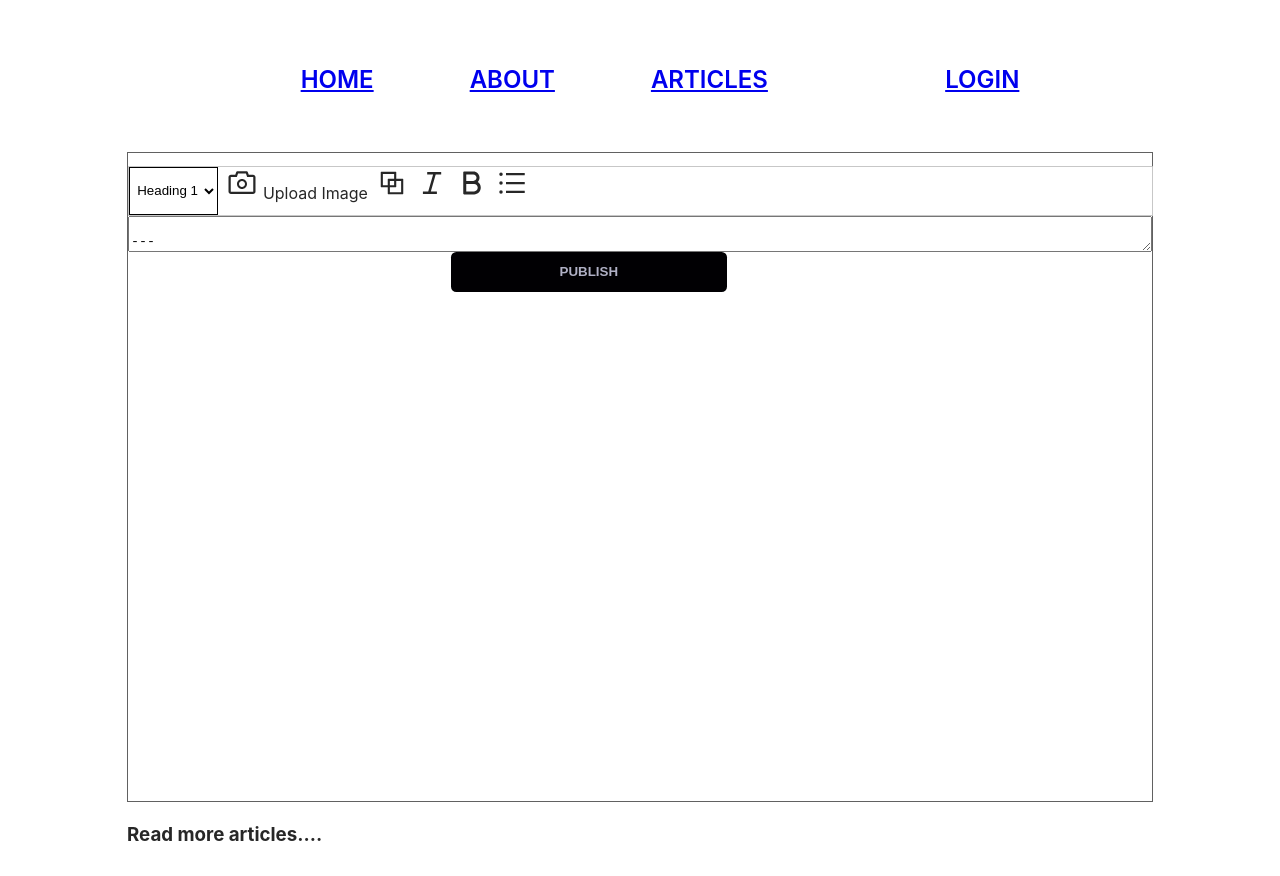
Repository: ValGrace/-static-site
Page: /articles (app in client/)
An editor plug-in stored every save of this project. The page is shown before and after the next save, followed by the edit.
The browser window is 1280 px wide. The pictures show the whole page.
The page's requests for data from a server got no answer. The project was rebuilt for these pictures with package versions that can differ from the ones it lists, and the page was loaded fresh each time. No one was signed in, and anything a server would have sent is missing. Also part of the build but not shown: client/vite.config.js, client/src/Components/Login.jsx, client/src/Components/Signup.jsx, client/src/Components/HomeSection.jsx, client/src/Components/TopSection.jsx, client/src/MdFiles/MdFileContext.js, client/src/Pages/HomePage.jsx, client/src/Pages/aboutPage.jsx.

Above is the page before, as saved 2023-06-29 15:15:26.

### client/index.html
<!DOCTYPE html>
<html lang="en">
  <head>
    <meta charset="UTF-8" />
    <link rel="icon" type="image/svg+xml" href="/vite.svg" />
    <meta name="viewport" content="width=device-width, initial-scale=1.0" />
    <title>Static Site Generator</title>

  </head>
  <body>
    <div id="root"></div>
    <script type="module" src="/src/main.jsx"></script>
  </body>
</html>

### client/src/main.jsx
import React from 'react'
import ReactDOM from 'react-dom/client'
import App from './App'
import './index.css'
import { BrowserRouter } from 'react-router-dom'
ReactDOM.createRoot(document.getElementById('root')).render(
  <React.StrictMode>
    <BrowserRouter>
    <App />
    </BrowserRouter>
  </React.StrictMode>,
)

### client/src/App.jsx
import PageRouter from './Routing/PageRouter'
import './App.css'


function App() {

  return (
    <div className="App">
      <PageRouter />
    </div>
  )
}

export default App

### client/src/index.css
:root {
  font-family: Inter, system-ui, Avenir, Helvetica, Arial, sans-serif;
  line-height: 1.5;
  font-weight: 400;

  color-scheme: light dark;
  color: rgba(7, 7, 7, 0.87);
  background-color: #ffffff;

  font-synthesis: none;
  text-rendering: optimizeLegibility;
  -webkit-font-smoothing: antialiased;
  -moz-osx-font-smoothing: grayscale;
  -webkit-text-size-adjust: 100%;
}

/* a {
  font-weight: 500;
  color: #646cff;
  text-decoration: inherit;
}
a:hover {
  color: #535bf2;
}

body {
  margin: 0;
  display: flex;
  place-items: center;
  min-width: 320px;
  min-height: 100vh;
}

h1 {
  font-size: 3.2em;
  line-height: 1.1;
}

button {
  border-radius: 8px;
  border: 1px solid transparent;
  padding: 0.6em 1.2em;
  font-size: 1em;
  font-weight: 500;
  font-family: inherit;
  background-color: #1a1a1a;
  cursor: pointer;
  transition: border-color 0.25s;
}
button:hover {
  border-color: #646cff;
}
button:focus,
button:focus-visible {
  outline: 4px auto -webkit-focus-ring-color;
}

@media (prefers-color-scheme: light) {
  :root {
    color: #213547;
    background-color: #ffffff;
  }
  a:hover {
    color: #747bff;
  }
  button {
    background-color: #f9f9f9;
  }
} */

### client/src/Routing/PageRouter.jsx
import Dashboard from "../Pages/Dashboard";
import HomePage from "../Pages/HomePage";
import { Routes, Route} from "react-router-dom"
import AboutPage from "../Pages/aboutPage";
import Articles from "../Pages/Articles";
const PageRouter = () => {
    return (
        <Routes>
            <Route exact path="/" element={ <HomePage />}/>
            <Route path="/login" element={ <Dashboard />}/>
            <Route path="/about" element={<AboutPage />} />
            <Route path="/articles" element={<Articles />} />

        </Routes>
    )
}

export default PageRouter

### client/src/App.css
.App {
  display: flex;
  flex-direction: column;
  justify-content: center;
  align-items: center;
}

### client/src/Pages/Dashboard.jsx
import React, { useReducer, useState} from 'react'
import Login from '../Components/Login'
import Signup from '../Components/Signup'
import "../Components/Inputs.css"
import { Link, useNavigate } from 'react-router-dom'
// import { useAuth } from '../Context/UserContext'
import { account } from '../Utils/appwrite'
const initialState = {page : <Login />}
function reducer(state, action) {
    switch(action.type) {
        case 'loginpage':
          return { page: <Login />}
        case 'signuppage':
            return { page: <Signup />}
        default:
            return { page: <h2>Loading....</h2>}
    }
}
const Dashboard = () => {
    const [state, dispatch] = useReducer(reducer, initialState)

    const [ error, setError] = useState('')
    const navigate = useNavigate()
    const ghostLogin = async() => {
        try {
            setError('')
            await account.createAnonymousSession();
            navigate("/")
        }
        catch {
             setError("Failed to Create anonymous account")
        }
    }
    return (
        <div className='dashboard'>
         <h2>Static Site Generator</h2>
         <div>Static site Image</div>
      <div className='dash' id='dash'>
            <div className='toggleForms'>
                <button onClick={() => dispatch({type: 'loginpage'})} className="type-btn">Login</button>
                <button onClick={() => dispatch({type: 'signuppage'})} className="type-btn">Signup</button>
                </div>
            <React.Fragment>{state.page}</React.Fragment>

            <button id="auth-btns" onClick={ghostLogin}>Login with Ghost account</button>
            <h5>{error}</h5>
         </div>
         <Link to="/home">Home</Link>
       </div>
    )
}

export default Dashboard

### client/src/Pages/Articles.jsx
import { useEffect, useRef, useState} from 'react'
import { Axios } from "axios"
import Navbar from '../Components/Navbar'
import { account } from '../Utils/appwrite'
// import { FaBold, FaItalic, FaList} from 'react-icons/fa'
import { AiOutlineItalic, AiOutlineUnorderedList, AiOutlineBold, AiOutlineBlock, AiOutlineCamera} from "react-icons/ai"

const Articles = () => {

  const input = useRef()
  const preview = useRef()

  const [userName] = useState("anonymous")
  const [headStyle, setHeadStyle] = useState("##")
  // const [title, setTitle] = useState('')
  const [currentUser, setCurrentUser] = useState("")
  const articleContext = `
---
title: Modify this title
author: ${currentUser ? currentUser : userName}
---
Write your article here
  `
  const [article, setarticle] = useState(articleContext)


  // get current user account
  const subscriber = () => {
    const unsubscribe = account.get()
    unsubscribe.then(function(promise){
       console.log(promise)
       setCurrentUser(promise.name)
    }, function(error) {
      console.log(error)
    })
    return unsubscribe
  }
  // fetch articles from api
  async function getData() {
    const response =  await fetch('/articles/')
    const postData = await response.json()
    console.log(postData)

  }
  useEffect(()=> {
    subscriber()
    getData()
  }, [])


  const headTwoEvent = (e) => {
    e.preventDefault()
    setHeadStyle(e.target.value)
    input.current.value += headStyle
    console.log(input.current)
  }

  const blockEvent = (e) => {
    e.preventDefault()
    input.current.value += "> "
  }

  const italicEvent = (e) => {
    e.preventDefault()
    input.current.value += "*edit this italic text*"
  }

  const boldEvent = (e) => {
    e.preventDefault()
    input.current.value += "**edit this bold text**"
  }
  const editPost = (event) => {
     setarticle(event.target.value)
  }
  const listEvent = (e) => {
      e.preventDefault()
      input.current.value += "\n- "
  }




   const [imageSelected, setImageSelected] = useState()
   const uploadImage = () => {
    const formdData = new FormData()
    formdData.append("file", imageSelected)
    formdData.append("upload_preset", "gvg")
    let data = ""
    Axios.post("https://api.cloudinary.com/v2/grace-v/image/upload", formdData).then((response)=>{
      console.log(response)
      data = response.data["secure_url"]
    })
    return data
   }
    return (
        <>
          <Navbar />
          <div className="articles">
            <form className="md-editor" method='post' action='/articles/' encType='multipart/form-data'>
              {/* <input type="text" name='title' value={title} placeholder='title' onChange={e => setTitle(e.target.value)} id='inptitle'/> */}
            <div className='article-area'>

              <div className='article-icons'>
                <select value={headStyle} onChange={headTwoEvent}>
                  <option value="# ">Heading 1</option>
                  <option value="## ">Heading 2</option>
                  <option value="### ">Heading 3</option>
                </select>
                              <div>
                <label htmlFor='inputFile'>
                <AiOutlineCamera size="2em"/>
                <input type='file' onChange={(event) => setImageSelected(event.target.files[0])}/>
                </label>
                 <span onClick={uploadImage}> Upload Image</span>
                <h3>Photo</h3>
                {/* <Image cloudName="" publicId="" /> */}
                </div>
                <span onClick={blockEvent}><AiOutlineBlock size="2em"/></span>
                <span onClick={italicEvent}><AiOutlineItalic size="2em"/></span>
                <span onClick={boldEvent}><AiOutlineBold size="2em"/></span>
                <span onClick={listEvent}><AiOutlineUnorderedList size="2em"/></span>

                </div>

                <textarea value={article} ref={input} onChange={editPost} id='txtarea' name='article'/>
            </div>
            <div className="md-btns">

                <input type='submit' id="md-btn" value='Publish' />
            </div>
            </form>

            <div id="preview" ref={preview}></div>
            <div>

                <h3>Read more articles....</h3>

            </div>
          </div>
        </>
    )
}

export default Articles













//   const submitForm = () => {
//     fetch("/articles/", {
//         method: "POST",
//         headers: {
//             "Content-Type": "application/json",
//         },
//         body: article

//     })
// }

### client/src/Components/Inputs.css
form, #dash {
    width: 80vw;
}
.signupForm, .dash, .dashboard {
   display: flex;
   flex-direction: column;
   justify-content: center;
   align-items: center;
   gap: 0.8em;
}

input, button {
    width: 80%;
    height: 3em;
    background-color: transparent;
    color: black;
}

#sign {
   width: 40vw;
}

.toggleForms {
    display: grid;
    grid-template-columns: 50% 50%;
    gap: 0.4em;
    justify-content: center;
    align-items: center;
}

#inptitle, .article-icons{
   width: 100%;
   border: 0.5px solid rgb(199, 199, 199);
   border-radius: 0.7%;

}

.article-icons {
    width: 79.9vw;
    height: 3em;
    display: flex;
    flex-direction: row;
    gap: 0.5em;
}

.article-area {
   margin-top: 0.8em;
   display: flex;
   flex-direction: column;

}

.type-btn {
    background-color: rgb(2, 2, 133);
    border: none;
    width: 20vw;
    border-radius: 8px;
    text-transform: uppercase;
    color: aliceblue;
    font-weight: 700;
}

.type-btn:hover {
   background-color: rgb(1, 1, 22);
}

#auth-btns {
    text-transform: uppercase;
    font-weight: 700;
}

select, option {
    border: 0.08em solid black;
    background-color: transparent;
    font-weight: 500;
    padding: 0.2rem;
}

input[type=file] {
   display: none;
}

label {
    cursor: pointer;
}

### client/src/Utils/appwrite.js
import {Client, Account} from "appwrite"

const client = new Client()

client.setEndpoint("https://cloud.appwrite.io/v1").setProject("64940746ea62d29f596e")

export const account = new Account(client)

### client/src/Components/Navbar.jsx
import { useState } from "react"
import {HiBars3BottomLeft} from 'react-icons/hi2'
import { FaTimes} from 'react-icons/fa'
import { Link} from 'react-router-dom'
import "./Navbar.css"
const Navbar = () => {
    const [clickbar, setClickbar] = useState(false)
    return (
           <>


        <nav id="bar" onClick={()=>setClickbar
        (!clickbar)}>{clickbar ? <>
           <FaTimes size="2em"/>

            <ul>
               <Link to="/"><li>home</li></Link>
                <Link to="/about"><li>about</li></Link>
                <Link to="/articles"><li>articles</li></Link>
                <Link to="/login"><li>Login</li></Link>
            </ul>

        </>: <HiBars3BottomLeft size="2em"/>}
        </nav>

        <nav id="pages">
        <ul>
                <Link to="/"><li>home</li></Link>
                <Link to="/about"><li>about</li></Link>
                <Link to="/articles"><li>articles</li></Link>
            </ul>
            <ul>
                <li><Link to="/login">Login</Link></li>
            </ul>

</nav>
        </>
    )
}

export default Navbar

### client/src/Components/InfoPage.css
#about-page {
    font-size:2rem;
    text-transform: capitalize;

    width: 80vw;

    text-align: center;
}

.about-mid {
   display: flex;
   gap: 0.4rem;
   flex-wrap: wrap;
   flex-direction: column;
}

.about-info, .abt-context {
    /* width: 25vw; */
    display: flex;
    flex-direction: column;

}
#context {
    width: 75vw;
}

.abt-img {
    background-color: rgba(54, 4, 4, 0.685);
    width: 75vw;

}

.md-editor {
    width: 80vw;
    height: 90vh;
    margin: auto;
    display: flex;
    flex-direction: column;
    border: 0.5px solid rgb(97, 97, 97);

}

.md-editor > textarea {
    width: 100%;
    height: 85%;
    background-color: transparent;
    border: none;
    font-family: 'Acme', sans-serif;
}
.md-edit {
    position: absolute;
    width: 80vw;
    height: 90vh;
    top: 10%;
    background-color: rgb(0, 0, 0);
    display: flex;
    flex-direction: column;
    align-items: center;
    gap: 0.4em;
}

.md-edit > textarea {
    resize: none;
    width: 90%;
    height: 80%;
    background-color: rgb(29, 28, 28);
    color: rgba(240, 248, 255, 0.932);
    border-radius: 8px;
    border: none;

}

.md-btns {
    display: flex;
   justify-content: center;
   align-items: center;
    gap: 0.7em;
    width: 90%;
}

#md-btn {
    width: 30%;
    background-color: rgb(1, 0, 3);
    color: rgb(176, 176, 197);
    text-transform: uppercase;
    font-weight: 700;
    border: none;
    border-radius: 0.4em;

}
@media screen and (min-width: 670px) {
    #abt-info {
        flex-direction: row-reverse;
    }
    .about-info, .abt-context {
        flex-direction: row;
        justify-content: center;
        gap: 0.8em;

    }
    .abt-pg {
        display: flex;
        flex-direction: column;
        width: 40vw;
    }
    .abt-img {
        width: 40vw;
    }

}

### client/src/Components/Navbar.css
nav {
    width: 70vw;
    height: 20vh;
    display: flex;
}

nav > ul{
  display: flex;
  flex-direction: row;
  text-transform: uppercase;
  list-style-type: none;
  justify-content: center;
  align-items: center;
  gap: 4em;
  font-weight: 600;
  font-size: 1.5rem;
  flex-grow: 1;
}

#top-text {
    width: 65vw;
}

#top-text > h2 {
    font-size: 4.5rem;
    text-transform: capitalize;
    margin: 0;
    /* float: left; */
}

#top-text > p {
    float: right;

}

.head-section {
    display: flex;
    width: 65vw;
    gap: 0.5em;
    flex-wrap: wrap;
}

.head-img {
    background-color: rgb(14, 13, 29);
    width: 80%;
    border-radius: 0.9em;
    height: 45vh;
    box-shadow: rgba(0, 0, 0, 0.25) 0px 14px 28px, rgba(0, 0, 0, 0.22) 0px 10px 10px;
}

.head-img > img {
    width: 100%;
    height: 100%;
    border-radius: 0.9em;
}

.side-section {
    display: flex;
    flex-direction: row;
    gap: 0.3rem;
    width: 40%;
}

.side-img {
    background-color: black;
    width: 5rem;
    height: 4rem;
    border-radius: 50%;
}

.side-blogs > h4, .side-blogs > p {
    margin: 0;
}

.btn-edit {
    position: fixed;
    right: 5%;
    bottom: 20%;
    width: auto;
    padding: 8px;
    background-color: rgb(2, 2, 39);
    color: aliceblue;
    text-transform: uppercase;
    font-weight: 600;
    border: none;
    border-radius: 8px;
}
.site-descr {
    width:65vw;

    border-radius: 9px;
    margin-top: 0.9rem;
    display: flex;
    /* gap: 0.4rem; */
    padding: 0.4rem;
    height: 25vh;
    margin-bottom: 3em;
}

#pages > ul {

    flex-direction: column;
}

.site-descr > p {
    width: 75%;
}
.site-sep {
    width: 0.1rem;
    height: 90%;
    background-color: azure;
    margin-right: 0.7rem;
}


.value-section {
   width: 80vw;
    display: flex;
    gap: 0.8rem;
    flex-wrap: wrap;
    justify-content: center;
    align-items: center;
}

.single-value {
    box-shadow:
		5px 1px 5px rgb(184, 181, 181),
        0 5px 7px 2px rgba(221, 218, 218, 0.733);
    border-radius: 10px;
    padding: 0.4em;
    width: 15em;
    height: 16em;
}

#icon-section {
    width: 100%;
    height: 40%;
    display:flex;
    justify-content: center;
    align-items: center;
}



@media screen and (min-width: 1200px) {
    #bar {
      display: none;
    }
    #pages > ul{
        flex-direction: row;
    }

  }

@media screen and (max-width: 1200px) {
    #pages {
      display: none;
    }
   #bar {
        flex-direction: column;

    }
    #bar > ul {
        flex-direction: column;
        gap: 2em;
        background-color: rgba(255, 255, 255, 0.979);
        color: rgb(2, 6, 56);
        width: 90vw;
        height: 70vh;
        position: absolute;
        top: 0;
        right: 0;
    }
}

After the next save:
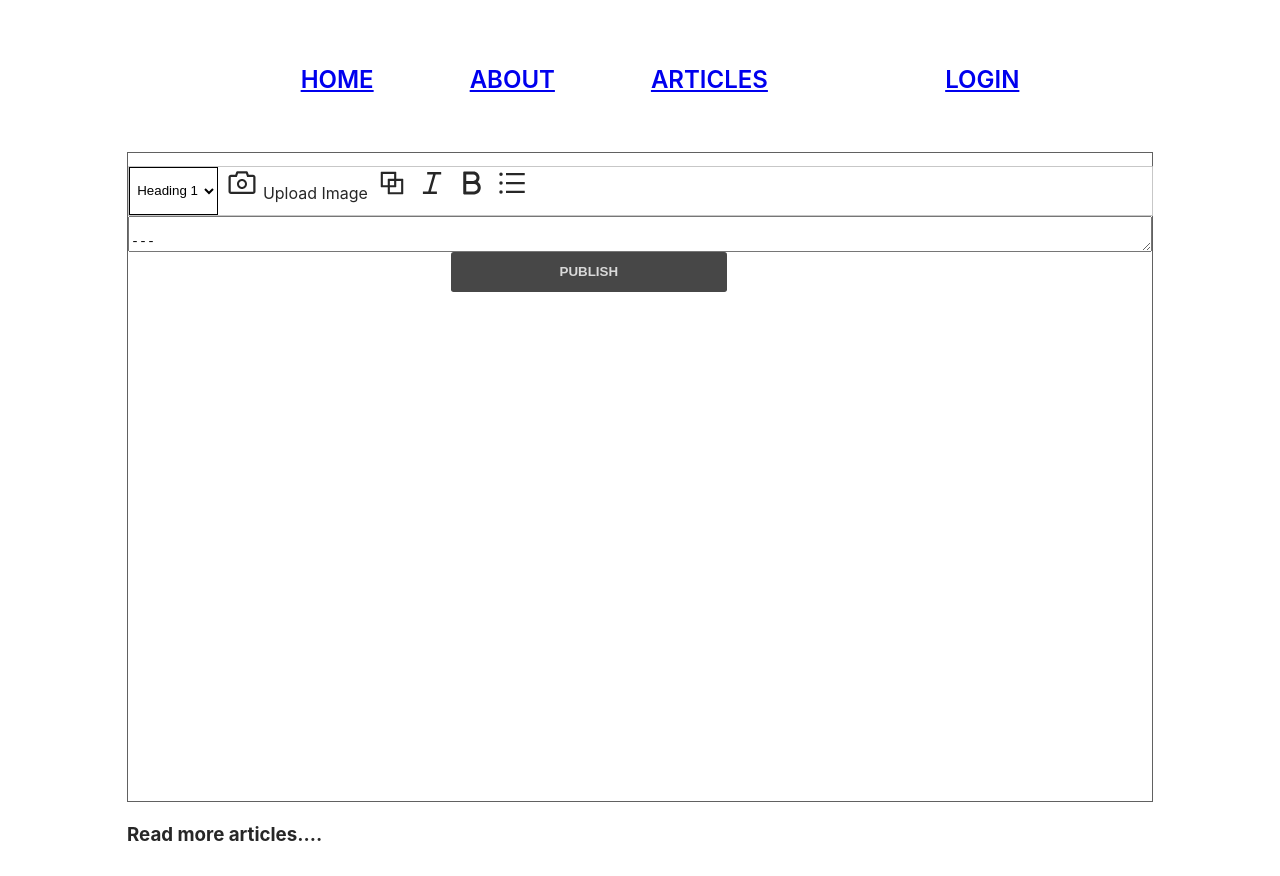
Saved 30 min 10 s later.
--- a/client/src/Components/InfoPage.css
+++ b/client/src/Components/InfoPage.css
@@ -41,6 +41,7 @@
 }
 
 .md-editor > textarea {
+    resize: none;
     width: 100%;
     height: 85%;
     background-color: transparent;
@@ -80,12 +81,12 @@
 
 #md-btn {
     width: 30%;
-    background-color: rgb(1, 0, 3);
-    color: rgb(176, 176, 197);
+    background-color: rgb(71, 71, 71);
+    color: rgb(218, 218, 218);
     text-transform: uppercase;
     font-weight: 700;
     border: none;
-    border-radius: 0.4em;
+    border-radius: 0.2em;
 
 }
 @media screen and (min-width: 670px) {
